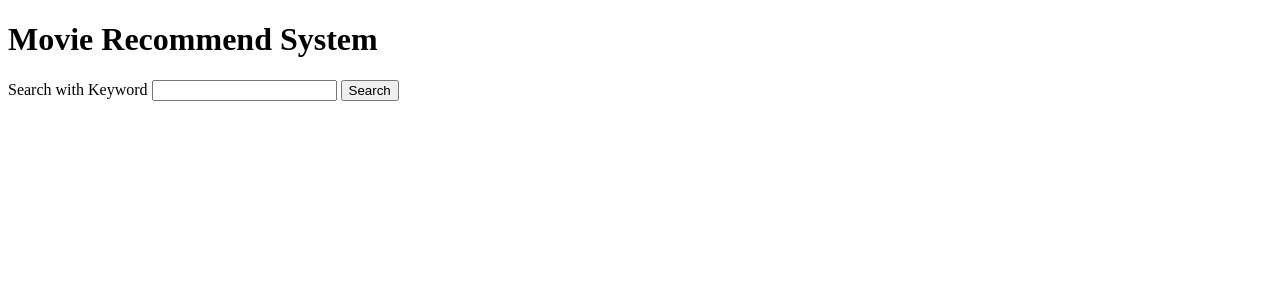
Repository: Jang-DongJoo/skku_project
Page: http://localhost/Recommend/main.jsp
The author's editor kept a copy of each file at every save. The page is drawn from the files as they stood at one save, then again after the next save.
The browser window is 1280 px wide. The pictures show the whole page.
The page is served by Tomcat 9.

Above is the page before, as saved 2020-04-18 07:29:54.

After the next save:
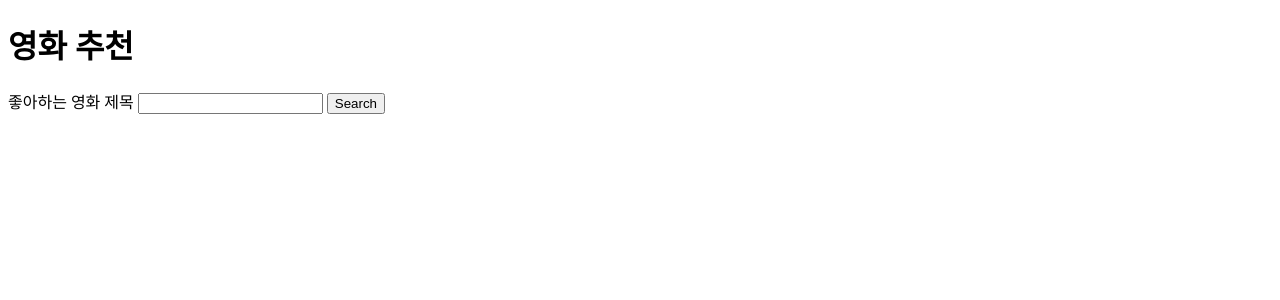
Saved 39 s later.
--- a/Recommend/WebContent/main.jsp
+++ b/Recommend/WebContent/main.jsp
@@ -8,9 +8,9 @@
 <title>Recommend System</title>
 </head>
 <body>
-	<h1>Movie Recommend System</h1>
+	<h1>영화 추천</h1>
 	<form method="get" action="">
-		<label for="title">Search with Keyword</label> <input type="text"
+		<label for="title">좋아하는 영화 제목</label> <input type="text"
 			name="title" id="title">
 		<button type="submit">Search</button>
 	</form>
